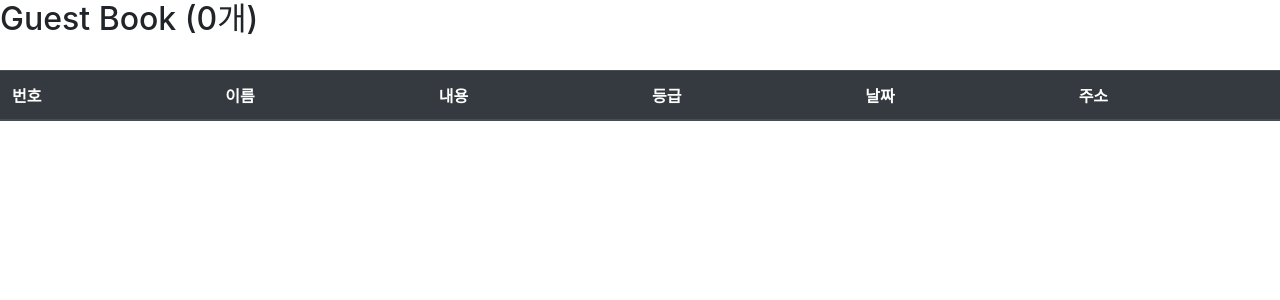
Repository: yerori/Eclipse
Page: http://localhost/ServletGuest/guestbook/list.gb
These files come from the project's save history. The page is drawn as it stood at one moment and after the next save; the edit follows.
The browser window is 1280 px wide. The pictures show the whole page.
The page is served by Tomcat 9. Other server files are loaded and not shown. Queries for data that is not in the repository find no rows.

Above is the page before, as saved 2020-08-05 06:37:53.
Console error (its wording comes from the project's code and is left out).

### ServletGuest/WebContent/guestbook/listResult.jsp
<%@page import="java.util.ArrayList"%>
<%@page import="com.guest.model.GuestDAO"%> <!-- import 먼저 시키고 -->
<%@page import="com.guest.model.GuestDTO"%>
<%@ page language="java" contentType="text/html; charset=UTF-8"
    pageEncoding="UTF-8"%>
 <%@ taglib prefix="c" uri="http://java.sun.com/jsp/jstl/core" %> <!-- lib에 jstl넣고 이 태그 복붙 -->
 <link rel="stylesheet" href="https://stackpath.bootstrapcdn.com/bootstrap/4.5.1/css/bootstrap.min.css" integrity="sha384-VCmXjywReHh4PwowAiWNagnWcLhlEJLA5buUprzK8rxFgeH0kww/aWY76TfkUoSX" crossorigin="anonymous">
<script src="https://stackpath.bootstrapcdn.com/bootstrap/4.5.1/js/bootstrap.min.js" integrity="sha384-XEerZL0cuoUbHE4nZReLT7nx9gQrQreJekYhJD9WNWhH8nEW+0c5qq7aIo2Wl30J" crossorigin="anonymous"></script>
<!-- 부트스트랩 쓰긔 -->


<h2>Guest Book (${count }개)</h2><br>
<table class="table">
  <thead class="thead-dark">
    <tr>
      <th scope="col">번호</th>
      <th scope="col">이름</th>
      <th scope="col">내용</th>
      <th scope="col">등급</th>
      <th scope="col">날짜</th>
      <th scope="col">주소</th>
    </tr>
  </thead>
  <tbody>
  <c:forEach items="${guestbook }" var ="guest">
  		<!-- listaction에서 request.setAttribute("guestbook",arr)했으니, items에 guestbook담음-->
    <tr>
    <th scope="row">${guest.num }</th>
	<td>${guest.name }</td>
	<td>${guest.content }</td>
	<td>${guest.grade }</td>
	<td>${guest.created }</td>
	<td>${guest.ipaddr }</td>
	</tr>
	</c:forEach>
</table>
<div align="center">
	<c:if test="${pu.startPage > pu.pageBlock }"> <!-- 이전 -->
	 <a href="javascript:getData(${pu.startPage-pu.pageBlock})">[이전]</a>
	</c:if >

	<c:forEach begin="${pu.startPage}" end="${pu.endPage }" var ="i">
	<c:if test="${i==pu.currentPage }"> <!-- 현재 페이지,, i가 현재페이지 의미 -->
		<c:out value="${i }"/>
	</c:if>

	<c:if test="${i!=pu.currentPage }"><!-- 현재 페이지 아닌 경우 링크 부여 -->
	 <a href="javascript:getData(${i })">${i }</a>
	</c:if>
	</c:forEach>
	<c:if test="${pu.endPage < pu.totPage }">
	 <a href="javascript:getData(${pu.endPage+1 })">[다음]</a>
	</c:if>
</div>
</body>

</html>

### ServletGuest/src/com/guest/action/GuestListAction.java
package com.guest.action;

import java.io.IOException;
import java.util.ArrayList;

import javax.servlet.RequestDispatcher;
import javax.servlet.ServletException;
import javax.servlet.annotation.WebServlet;
import javax.servlet.http.HttpServlet;
import javax.servlet.http.HttpServletRequest;
import javax.servlet.http.HttpServletResponse;

import com.guest.model.GuestDAO;
import com.guest.model.GuestDTO;
import com.guest.model.PageUtil;


@WebServlet("/guestbook/list.gb")
public class GuestListAction extends HttpServlet {
	private static final long serialVersionUID = 1L;

    public GuestListAction() {
        super();
        // TODO Auto-generated constructor stub
    }

	protected void doGet(HttpServletRequest request, HttpServletResponse response) throws ServletException, IOException {
		request.setCharacterEncoding("utf-8");
		GuestDAO dao = GuestDAO.getInstance();
		String pageNum=request.getParameter("pageNum")==null?"1":request.getParameter("pageNum");
		int currentPage=Integer.parseInt(pageNum);
		int pageSize = 5; //한 페이지에 5번까지
		int startRow = (currentPage-1)*pageSize+1;
		int endRow=currentPage*pageSize;

		try {

			int count=dao.getCount();
			//총페이지수
			int totPage=(count/pageSize)+(count%pageSize==0?0:1);
			int pageBlock = 3; //1,2,3 숫자 페이지만
			int startPage = ((currentPage-1)/pageBlock)*pageBlock+1;
			int endPage = startPage+pageBlock-1;

			if(endPage>totPage) endPage=totPage; //마지막 숫자는 나오면 x

			PageUtil pu = new PageUtil();
			pu.setCurrentPage(currentPage);
			pu.setEndPage(endPage);
			pu.setPageBlock(pageBlock);
			pu.setStartPage(startPage);
			pu.setTotPage(totPage);

			ArrayList<GuestDTO> arr = dao.guestList(startRow,endRow);

			request.setAttribute("pu", pu);
			request.setAttribute("guestbook", arr);
			request.setAttribute("count", count);
			RequestDispatcher rd = request.getRequestDispatcher("listResult.jsp");
			rd.forward(request, response);
		} catch (Exception e) {
			e.printStackTrace();
		}
	}

	protected void doPost(HttpServletRequest request, HttpServletResponse response) throws ServletException, IOException {

		doGet(request, response);
	}

}

### ServletGuest/src/com/guest/model/GuestDAO.java
package com.guest.model;

import java.sql.Connection;
import java.sql.PreparedStatement;
import java.sql.ResultSet;
import java.sql.SQLException;
import java.sql.Statement;
import java.util.ArrayList;

import javax.naming.Context;
import javax.naming.InitialContext;
import javax.sql.DataSource;

public class GuestDAO {


	//db세팅
private static GuestDAO instance = new GuestDAO();

	public static GuestDAO getInstance() {
		return instance;
	}

	private Connection getConnection() throws Exception{
		Context iniCtx = new InitialContext();
		Context envCtx = (Context) iniCtx.lookup("java:comp/env");
		DataSource ds = (DataSource) envCtx.lookup("jdbc/guest");
		return ds.getConnection();
	}


	//추가
	public void guestInsert(GuestDTO guest) throws Exception {
		Connection con=null;
		PreparedStatement ps = null;

		try {
			con=getConnection();			// ★ sql문 어려웠다 ㅠ_ㅠ → 입력하는 값이 3개밖에 없고, ip주소는 내가 입력하는게 아님!!
			String sql="insert into guestbook values(guestbook_seq.nextval,?,?,?,sysdate,?)";
			ps=con.prepareStatement(sql);
			ps.setString(1, guest.getName());
			ps.setString(2, guest.getContent());
			ps.setString(3, guest.getGrade());
			ps.setString(4, guest.getIpaddr());
			ps.executeUpdate(); //ps.execute() 적어도 상관 x

		} catch (SQLException e) {
			// TODO Auto-generated catch block
			e.printStackTrace();
		}finally {
			closeConnection(con,ps);
		}
	}

	//전체보기 페이지
	public ArrayList<GuestDTO> guestList(int startRow, int endRow) throws Exception{
		Connection con = null;
		PreparedStatement ps = null;
		ResultSet rs = null;
		ArrayList<GuestDTO> arr = new ArrayList<>();

		try {
			con=getConnection();
			StringBuilder sb = new StringBuilder();
			sb.append("select * from");
			sb.append(" (select aa.*, rownum rn from");
			sb.append(" (select * from guestbook order by num desc) aa");
			sb.append(" where rownum<=? ) where rn>=?");

			ps=con.prepareStatement(sb.toString());
			ps.setInt(1,endRow);
			ps.setInt(2,startRow);
			rs=ps.executeQuery();

			 while(rs.next()) {
				 GuestDTO guest = new GuestDTO();
				 guest.setContent(rs.getString("content"));
				 guest.setCreated(rs.getString("created"));
				 guest.setGrade(rs.getString("grade"));
				 guest.setIpaddr(rs.getString("ipaddr"));
				 guest.setName(rs.getString("name"));
				 guest.setNum(rs.getInt("num"));
				 arr.add(guest);
			 }
		} catch (SQLException e) {
			// TODO Auto-generated catch block
			e.printStackTrace();
		}
		finally {
			closeConnection(con, ps, rs);
		}
		return arr;
	}



	//전체보기
	public ArrayList<GuestDTO> guestList() throws Exception{
		Connection con = null;
		Statement st = null;
		ResultSet rs = null;
		ArrayList<GuestDTO> arr = new ArrayList<>();

		try {
			con=getConnection();
			String sql="select * from guestbook order by num asc";
			st=con.createStatement();
			rs=st.executeQuery(sql);
			 while(rs.next()) {
				 GuestDTO guest = new GuestDTO();
				 guest.setContent(rs.getString("content"));
				 guest.setCreated(rs.getString("created"));
				 guest.setGrade(rs.getString("grade"));
				 guest.setIpaddr(rs.getString("ipaddr"));
				 guest.setName(rs.getString("name"));
				 guest.setNum(rs.getInt("num"));
				 arr.add(guest);
			 }
		} catch (SQLException e) {
			// TODO Auto-generated catch block
			e.printStackTrace();
		}
		finally {
			closeConnection(con, st, rs);
		}
		return arr;
	}


	//상세보기


	//개수
	public int getCount() {
		Connection con=null;
		Statement st = null;
		ResultSet rs = null;
		int count=0;

		try {
			con=getConnection();
			String sql = "select count(*) from guestbook";
			st=con.createStatement();
			rs=st.executeQuery(sql);
			while(rs.next()) {
				count=rs.getInt(1);
			}
		} catch (Exception e) {
			// TODO Auto-generated catch block
			e.printStackTrace();
		}finally {
			closeConnection(con, st, rs);
		}
		return count;
	}



	//닫기

	private void closeConnection(Connection con, PreparedStatement ps) {
		try {
			if(ps!=null) ps.close();
			if(con!=null) con.close();
		} catch (SQLException e) {
			// TODO Auto-generated catch block
			e.printStackTrace();
		}
	}

	private void closeConnection(Connection con, Statement st,ResultSet rs) {

		try {
			if(st!=null) st.close();
			if(con!=null) con.close();
			if(rs!=null) rs.close();
		} catch (SQLException e) {
			// TODO Auto-generated catch block
			e.printStackTrace();
		}

}
}

### ServletGuest/src/com/guest/model/PageUtil.java
package com.guest.model;

public class PageUtil {
	private int currentPage;
	private int endPage;
	private int startPage;
	private int totPage;
	private int pageBlock;
	public int getCurrentPage() {
		return currentPage;
	}
	public void setCurrentPage(int currentPage) {
		this.currentPage = currentPage;
	}
	public int getEndPage() {
		return endPage;
	}
	public void setEndPage(int endPage) {
		this.endPage = endPage;
	}
	public int getStartPage() {
		return startPage;
	}
	public void setStartPage(int startPage) {
		this.startPage = startPage;
	}
	public int getTotPage() {
		return totPage;
	}
	public void setTotPage(int totPage) {
		this.totPage = totPage;
	}
	public int getPageBlock() {
		return pageBlock;
	}
	public void setPageBlock(int pageBlock) {
		this.pageBlock = pageBlock;
	}
}

After the next save:
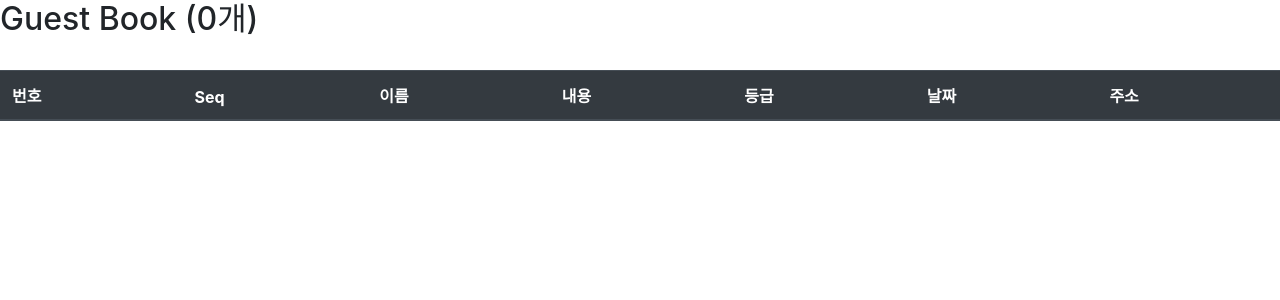
Saved 7 min 28 s later.
--- a/ServletGuest/WebContent/guestbook/listResult.jsp
+++ b/ServletGuest/WebContent/guestbook/listResult.jsp
@@ -14,6 +14,7 @@
   <thead class="thead-dark">
     <tr>
       <th scope="col">번호</th>
+      <th>Seq</th>
       <th scope="col">이름</th>
       <th scope="col">내용</th>
       <th scope="col">등급</th>
@@ -25,6 +26,7 @@
   <c:forEach items="${guestbook }" var ="guest">
   		<!-- listaction에서 request.setAttribute("guestbook",arr)했으니, items에 guestbook담음-->
     <tr>
+    <td>pageNum</td>
     <th scope="row">${guest.num }</th>
 	<td>${guest.name }</td>
 	<td>${guest.content }</td>
